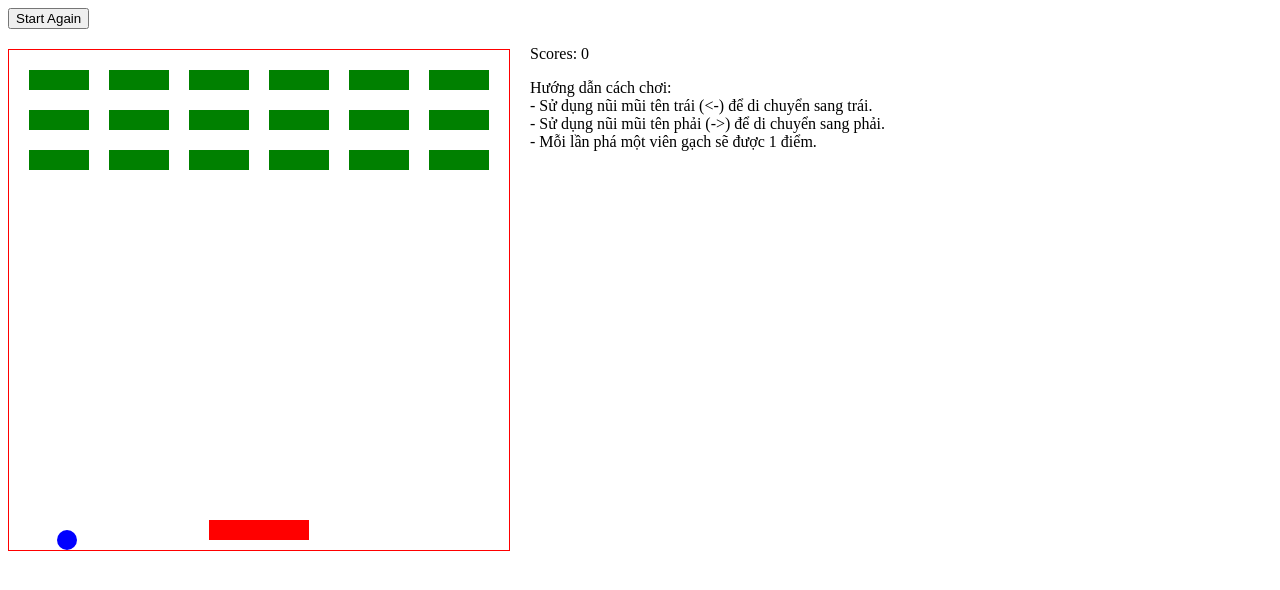
Repository: huynhsang96/CaseJS
Page: Demo_case/index.html
An editor plug-in stored every save of this project. The page is shown before and after the next save, followed by the edit.
The browser window is 1280 px wide. The pictures show the whole page.

Above is the page before, as saved 2022-02-20 14:47:47.

### Demo_case/index.html
<!DOCTYPE html>
<html lang="en">
<head>
    <meta charset="UTF-8">
    <meta http-equiv="X-UA-Compatible" content="IE=edge">
    <meta name="viewport" content="width=device-width, initial-scale=1.0">
    <title>Document</title>
    <style>
        /* *{
            font-family:  'Fira Code', 'roboto';
        } */
        canvas{
            margin-top: 20px;

        }

        .container{
            display: flex;
        }

        .container-des{
            margin-left: 20px;
        }
    </style>
</head>
<body>
    <div class="btn">
        <button class="btn-start">Start Again</button>
    </div>
    <div class="container">
        <div class="container-canvas">
            <canvas id="myCanvas" width="500" height="500" style="border:1px solid red;">
        </div>
        <div class="container-des">
            <p>Scores: <span class="scores">0</span></p>
            <p>
                Hướng dẫn cách chơi:
                <br>
                - Sử dụng nũi mũi tên trái <span style="font-family: 'Fira code';">(<-)</span> để di chuyển sang trái.
                <br>
                - Sử dụng nũi mũi tên phải <span style="font-family: 'Fira code';">(->)</span> để di chuyển sang phải.
                <br>
                - Mỗi lần phá một viên gạch sẽ được 1 điểm.
            </p>
        </div>
    </div>


    <script src="./ball.js"></script>
    <script src="./bar.js"></script>
    <script src="./brick.js"></script>
    <script src="./main.js"></script>

    <script>

    </script>
</body>
</html>

### Demo_case/ball.js
class Ball{
    constructor(x, y, radius, color){
        let speed = [2,-2,3,-3,4,-4];
        this.x = x;
        this.y = y;
        this.radius = radius;
        this.color = color;
        this.speedX = speed[Math.floor(Math.random()*speed.length)];
        this.speedY = speed[Math.floor(Math.random()*speed.length)];
        this.canvas = document.getElementById("myCanvas");
        this.ctx = this.canvas.getContext('2d');
        this.isGameOver = false;
    }



    draw(){
        this.ctx.beginPath();
        this.ctx.arc(this.x, this.y, this.radius, 0, Math.PI * 2);
        this.ctx.fillStyle = this.color;
        this.ctx.fill();
        this.ctx.closePath();
    }

    updateBall(){
        this.x += this.speedX;
        this.y += this.speedY;
    }

    ballColiision(){
        if(this.x + this.radius > this.canvas.width || this.x < this.radius){
            this.speedX = -this.speedX;
        }
        if(this.y < this.radius){
            this.speedY = -this.speedY
        }
    }

    checkGame(){
        if(this.y + this.radius > this.canvas.height){
            this.isGameOver = true;
        }
    }

    move(){
        this.ctx.clearRect(0,0,this.canvas.width,this.canvas.height); // xóa canvas
        this.draw();
    }
}

### Demo_case/bar.js
class Bar{
    constructor(width, height, color){
        this.width = width;
        this.height = height;
        this.x = 200;
        this.y = 470;
        this.color = color;
        this.speed = 5;
        this.isMovingLeft = false;
        this.isMovingRight = false;
        this.canvas = document.getElementById("myCanvas");
        this.ctx = this.canvas.getContext('2d');
    }

    drawBar(){
        this.ctx.beginPath();
        this.ctx.rect(this.x, this.y, this.width, this.height);
        this.ctx.fillStyle = this.color;
        this.ctx.fill();
        this.ctx.closePath();
    }


    moveBar(){
        if(this.isMovingLeft && this.x > 0){
            this.x -= this.speed;
        }
        if(this.isMovingRight && this.x < this.canvas.width - this.width){
                this.x += this.speed;
            }
        }
}

### Demo_case/brick.js
class  Brick{
    constructor(){
        this.offsetX = 20;
        this.offsetY = 20;
        this.margin = 20;
        this.width = 60;
        this.height = 20;
        this.totalRow = 3;
        this.totalColum = 6;
        this.brickList = []
        this.isEndGame = false;
        this.canvas = document.getElementById("myCanvas");
        this.ctx = this.canvas.getContext('2d');
    }


    drawBrick(){
        this.brickList.forEach(element => {
            if(!element.isbroken){
                this.ctx.beginPath();
                this.ctx.rect(
                    element.x,
                    element.y,
                    this.width,
                    this.height,
                );
                this.ctx.fillStyle = "green";
                this.ctx.fill();
                this.ctx.closePath();
            }
        })
    }

    checkEndGame(){
        this.isEndGame = this.brickList.every(element =>{
            return element.isbroken == true;
        })
    }
}

### Demo_case/main.js
let ball = new Ball(250,150,10,"blue");
let bar = new Bar(100,20,"red");
let bricks = new Brick();


// --------------------------Event Keyboard---------------------

document.addEventListener("keydown",function(e){
    if(e.keyCode === 37){
        bar.isMovingLeft = true;
    }
    if(e.keyCode === 39){
        bar.isMovingRight = true;
    }
})


document.addEventListener("keyup",function(e){
    if(e.keyCode === 37){
        bar.isMovingLeft = false;
    }
    if(e.keyCode === 39){
        bar.isMovingRight = false;
    }
})

// ----------------------------Bar----------------------------

function barCollision(){
    if(ball.x + ball.radius >= bar.x &&
        ball.y + ball.radius >= bar.y &&
        ball.x + ball.radius <= bar.x + bar.width){

        ball.speedY = -ball.speedY;
    }
}

// ----------------------------Bricks------------------------

// Tạo danh sách Bricks
for(let i = 0; i < bricks.totalColum; i++){
    for(let j = 0; j < bricks.totalRow; j++){
        bricks.brickList.push({
            x: bricks.offsetX + i * (bricks.width + bricks.margin),
            y: bricks.offsetY + j * (bricks.height + bricks.margin),
            isbroken: false,
        })
    }
}

// xử lý va chạm
let score = 0;
let scoreball = document.querySelector(".scores");
function BricksCollision(){
    bricks.brickList.forEach(function(element){
        if(!element.isbroken){
            if(ball.x >= element.x &&
                ball.x <= element.x + bricks.width &&
                ball.y + ball.radius >= element.y &&
                ball.y - ball.radius <= element.y + bricks.height){
                ball.speedY = -ball.speedY;
                element.isbroken = true;
                score += 1;
                scoreball.textContent = `${score}`;
            }
        }
    })
}

function play(){
    ball.checkGame();
    bricks.checkEndGame();

    if(!ball.isGameOver && !bricks.isEndGame){
        ball.move();
        ball.updateBall();
        ball.ballColiision();

        bar.drawBar();
        bar.moveBar();
        barCollision();

        bricks.drawBrick();
        BricksCollision();

        requestAnimationFrame(play); // Giống đệ quy
    }else{
        // alert("End Game!");
    }
}

play()

After the next save:
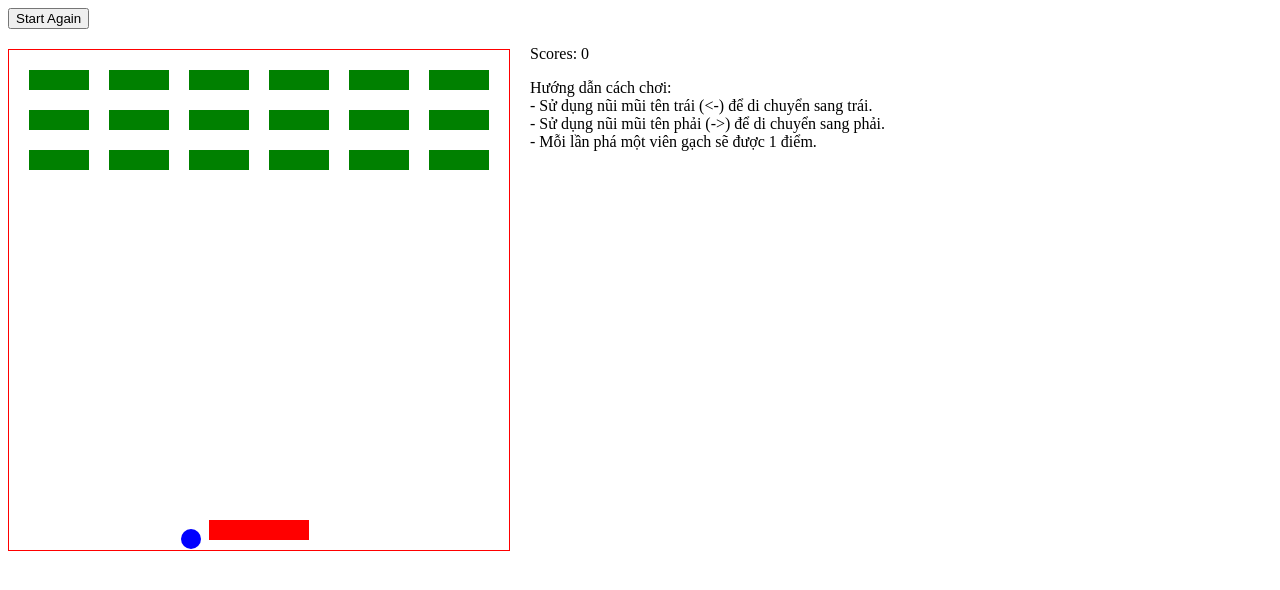
Saved 43 s later.
--- a/Demo_case/ball.js
+++ b/Demo_case/ball.js
@@ -1,6 +1,6 @@
 class Ball{
     constructor(x, y, radius, color){
-        let speed = [2,-2,3,-3,4,-4];
+        let speed = [3,-3,4,-4];
         this.x = x;
         this.y = y;
         this.radius = radius;
